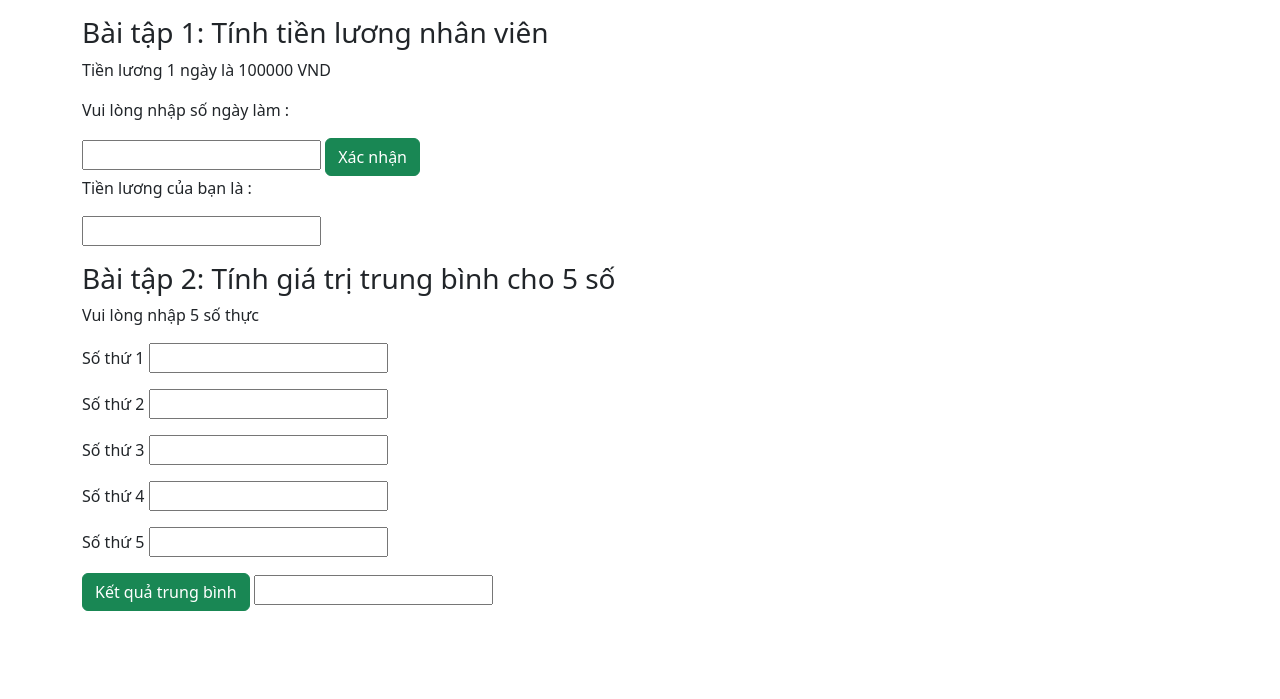
Repository: hcozyph/TranHuuPhuoc_BC43_BT_JS_Buoi2
Page: index.html
The author's editor kept a copy of each file at every save. The page is drawn from the files as they stood at one save, then again after the next save.
The browser window is 1280 px wide. The pictures show the whole page.

Above is the page before, as saved 2023-01-21 22:07:06.

After the next save:
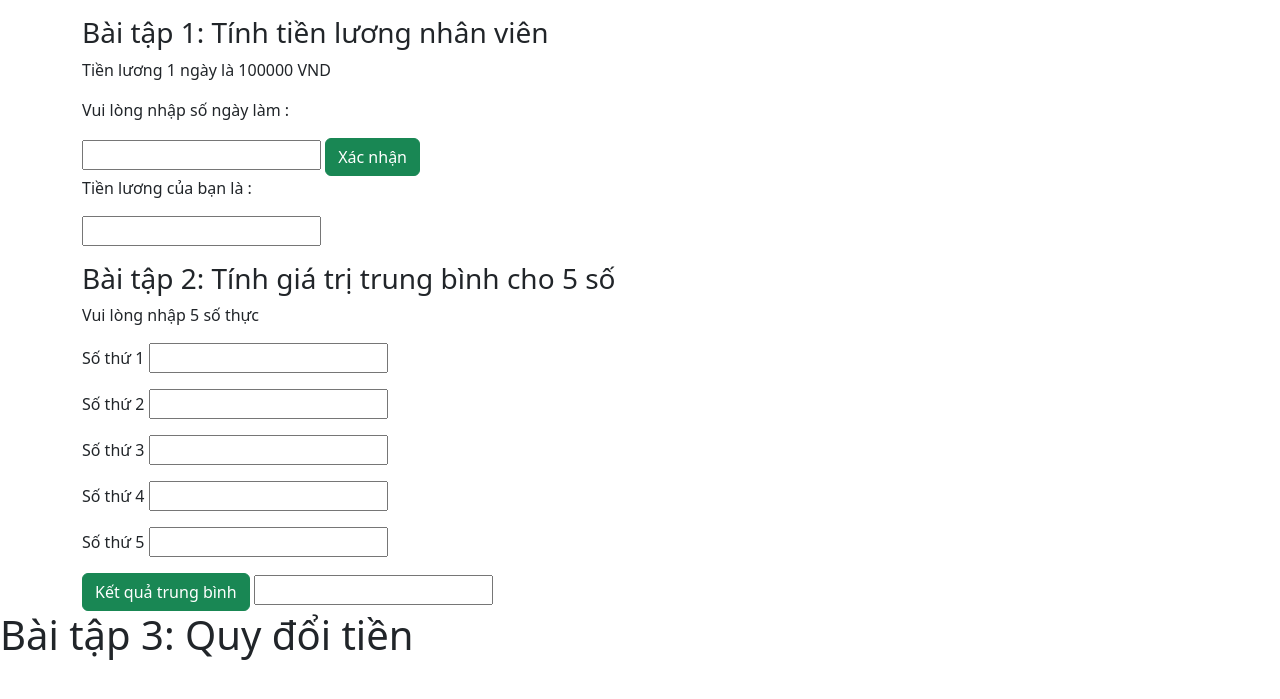
Saved 7 min 15 s later.
--- a/index.html
+++ b/index.html
@@ -31,6 +31,7 @@
     </head>
 
     <body>
+        <!-- BT1 -->
         <div class="container">
             <div class="BT1">
                 <h1 class="fs-3 mt-3">Bài tập 1: Tính tiền lương nhân viên</h1>
@@ -48,6 +49,7 @@
                 <input type="text" id="result" />
             </div>
 
+            <!-- BT2 -->
             <div class="BT2">
                 <h1 class="fs-3 mt-3">
                     Bài tập 2: Tính giá trị trung bình cho 5 số
@@ -71,6 +73,10 @@
             </div>
         </div>
 
+        <!-- BT3 -->
+        <div class="BT3">
+            <h1>Bài tập 3: Quy đổi tiền</h1>
+        </div>
         <!-- Bootstrap JavaScript Libraries -->
         <script
             src="https://cdn.jsdelivr.net/npm/@popperjs/core@2.11.6/dist/umd/popper.min.js"
